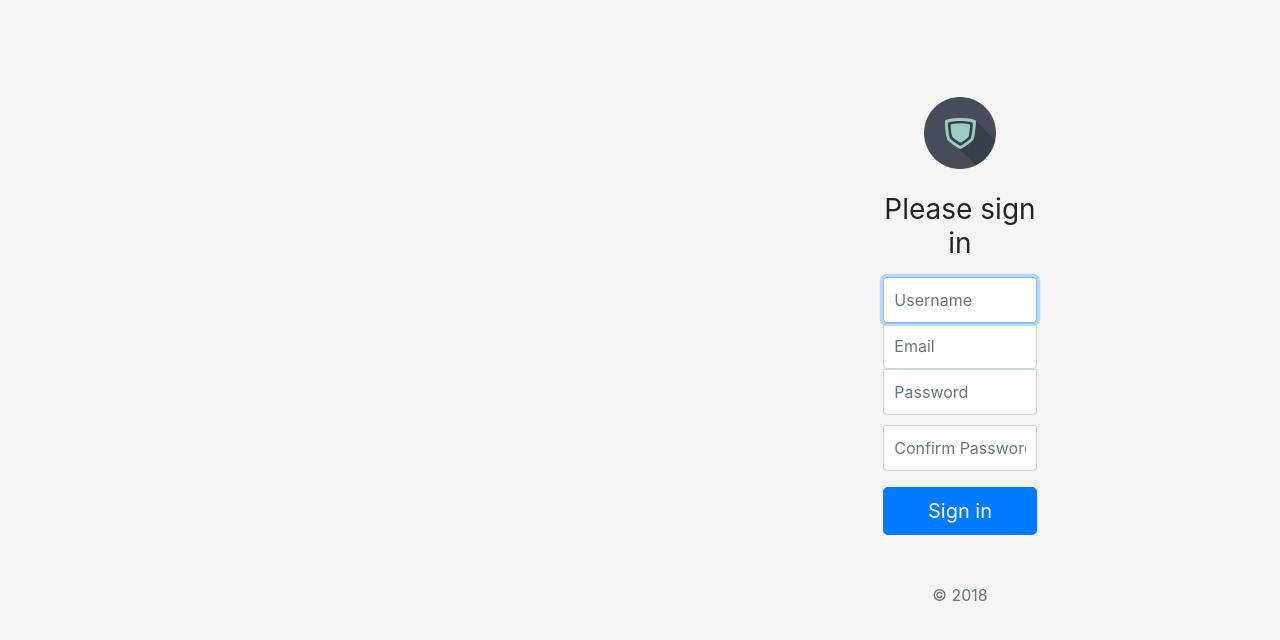
Repository: DonWhelan/Request-Hub
Page: http://localhost/userRegister.php
The author's editor kept a record of every edit. The page is drawn from the files as they stood at one moment, then again after the next edit.
The browser window is 1280 px wide. The pictures show the whole page.
The page is run by PHP 8.4 with error messages shown; the project is at /var/www/html/.

Above is the page before.

After the next edit:
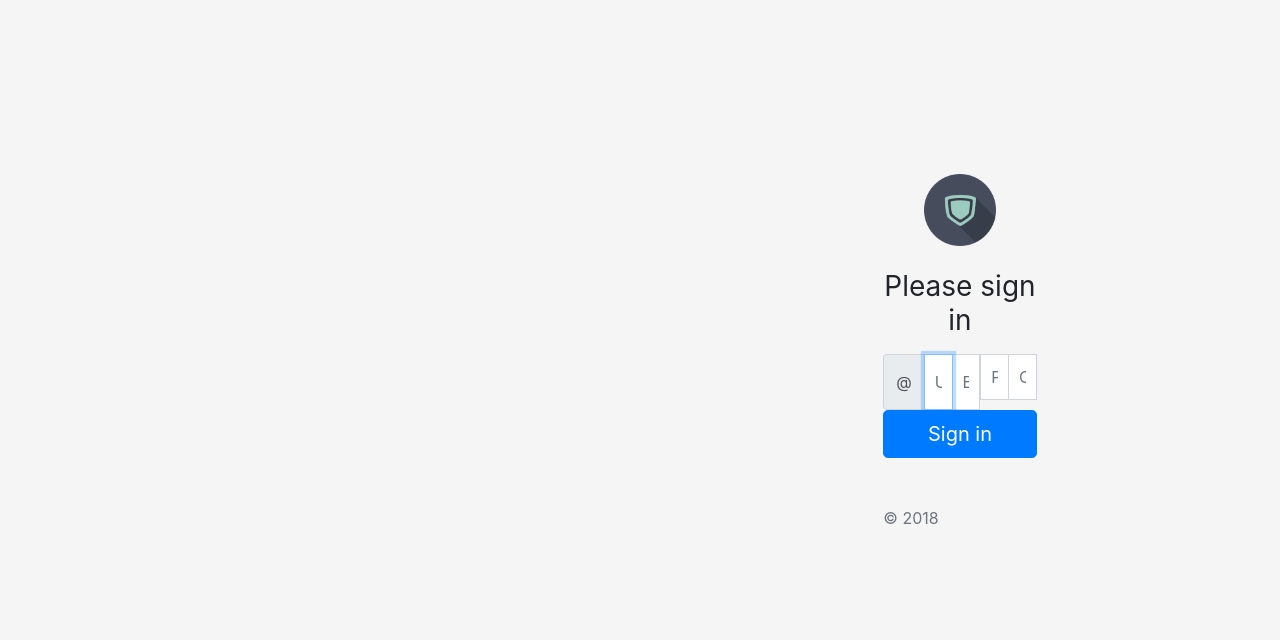
The edit:
--- a/userRegister.php
+++ b/userRegister.php
@@ -34,6 +34,11 @@
                     <h1 class="h3 mb-3 font-weight-normal">Please sign in</h1>
                     <label for="inputEmail" class="sr-only">Email address</label>
 
+                    <div class="input-group">
+        <div class="input-group-prepend">
+          <span class="input-group-text" id="inputGroupPrepend">@</span>
+        </div>
+
                     <input type="text" class="form-control" name="username" placeholder="Username" required="" autofocus="" />
 
                     <input type="text" class="form-control" name="email" placeholder="Email" required="" />
